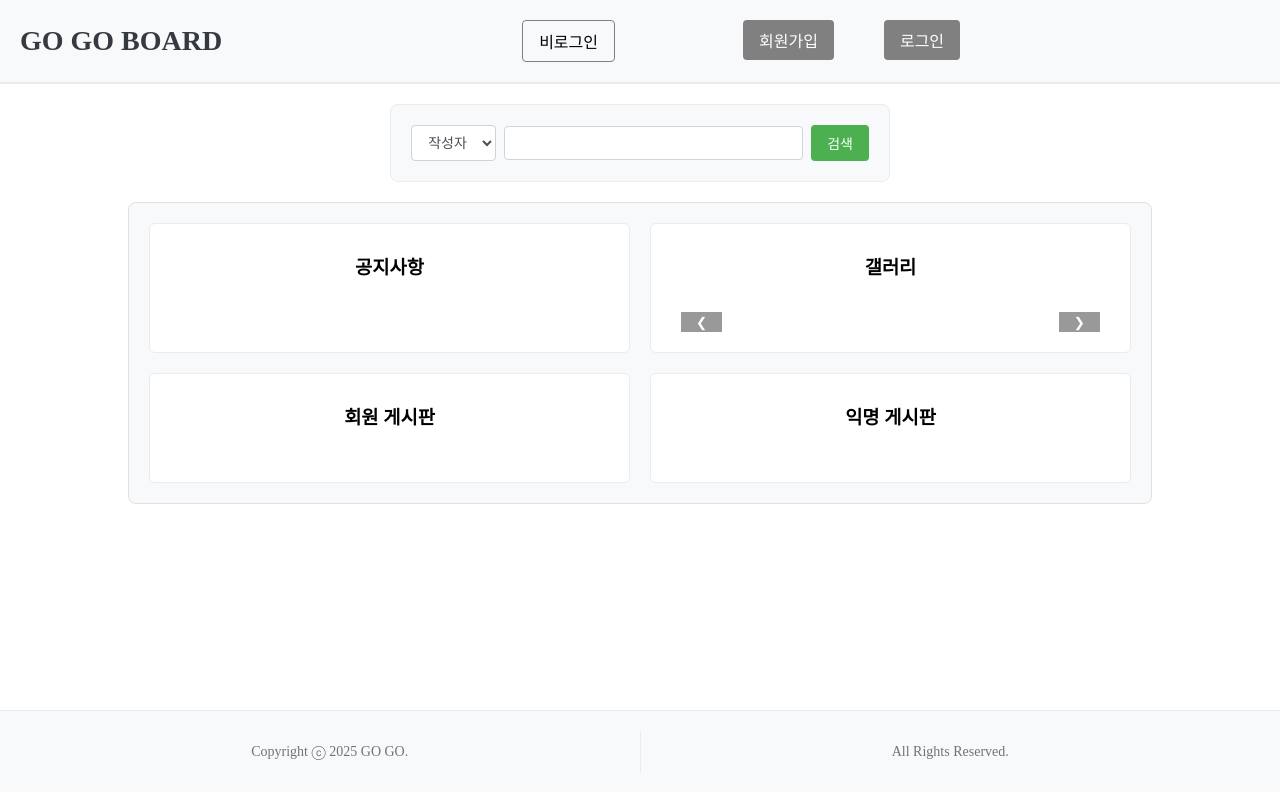
Repository: 1plus1equals3-true/Board-Project
Page: http://localhost/jsp/board_proc/main_proc.jsp
The author's editor kept a copy of each file at every save. The page is drawn from the files as they stood at one save, then again after the next save.
The browser window is 1280 px wide. The pictures show the whole page.
The page is served by Tomcat 9. Queries for data that is not in the repository find no rows.

Above is the page before, as saved 2025-09-25 02:21:25.

After the next save:
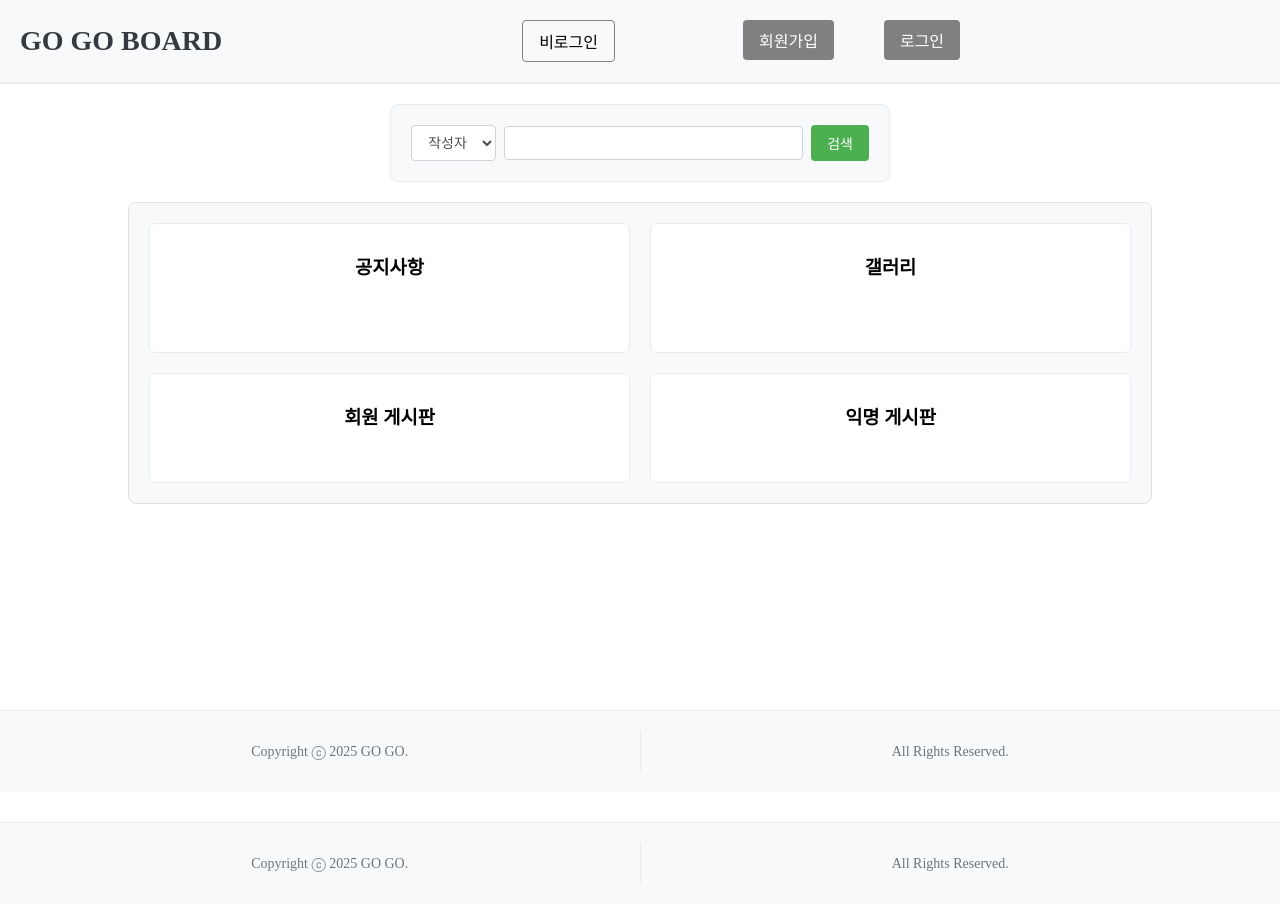
Saved 58 s later.
--- a/jsp/src/main/webapp/board/main.jsp
+++ b/jsp/src/main/webapp/board/main.jsp
@@ -249,5 +249,55 @@
 </section>
 </section>
 <%@ include file="op_bot.jsp" %>
+<%@ include file="op_bot.jsp" %>
+
+<script>
+document.addEventListener('DOMContentLoaded', function() {
+    const track = document.querySelector('.slider-track');
+    const slides = document.querySelectorAll('.slide-item');
+    const nextBtn = document.querySelector('.next-btn');
+    const prevBtn = document.querySelector('.prev-btn');
+
+    // 슬라이드가 없거나 1개 이하면 슬라이드 기능 불필요
+    if (slides.length <= 1) {
+        if (nextBtn) nextBtn.style.display = 'none';
+        if (prevBtn) prevBtn.style.display = 'none';
+        return;
+    }
+
+    let currentSlide = 0;
+    const slideWidth = 100; // 각 슬라이드 아이템은 컨테이너의 100% 너비
+
+    // 슬라이드 이동 함수
+    function moveToSlide(index) {
+        if (index < 0) {
+            currentSlide = slides.length - 1; // 무한 슬라이드를 원치 않으면 0으로
+        } else if (index >= slides.length) {
+            currentSlide = 0; // 무한 슬라이드를 원치 않으면 slides.length - 1로
+        } else {
+            currentSlide = index;
+        }
+
+        const offset = -currentSlide * slideWidth; // 이동할 거리 계산
+        track.style.transform = `translateX(${offset}%)`;
+    }
+
+    // 다음 버튼 클릭 이벤트
+    nextBtn.addEventListener('click', () => {
+        moveToSlide(currentSlide + 1);
+    });
+
+    // 이전 버튼 클릭 이벤트
+    prevBtn.addEventListener('click', () => {
+        moveToSlide(currentSlide - 1);
+    });
+
+    // 초기 버튼 상태 설정 (필요하다면)
+    // moveToSlide(0); // 첫 슬라이드로 초기화
+});
+</script>
+
 </body>
 </html>
+</body>
+</html>
